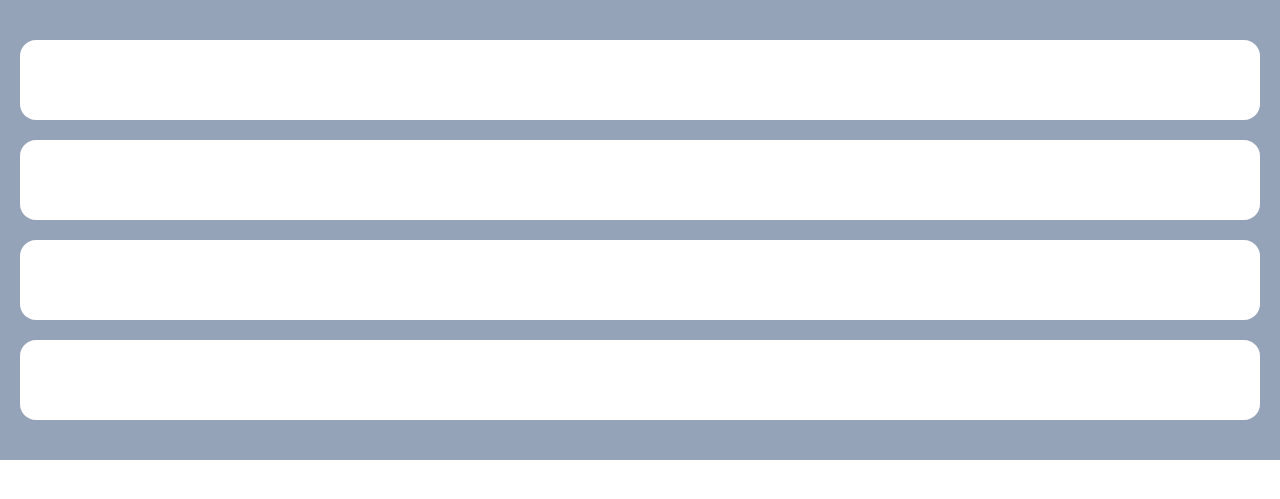
Repository: pjk0007/nextjs-carrot-marcket
Page: /
An editor plug-in stored every save of this project. The page is shown before and after the next save, followed by the edit.
The browser window is 1280 px wide. The pictures show the whole page.
The project was rebuilt for these pictures with package versions that can differ from the ones it lists, and the page was loaded fresh each time. The framework's server and built-in components were replaced by stand-ins that run in the browser. Also part of the build but not shown: next.config.js.

Above is the page before, as saved 2022-04-30 12:54:30.

After the next save:
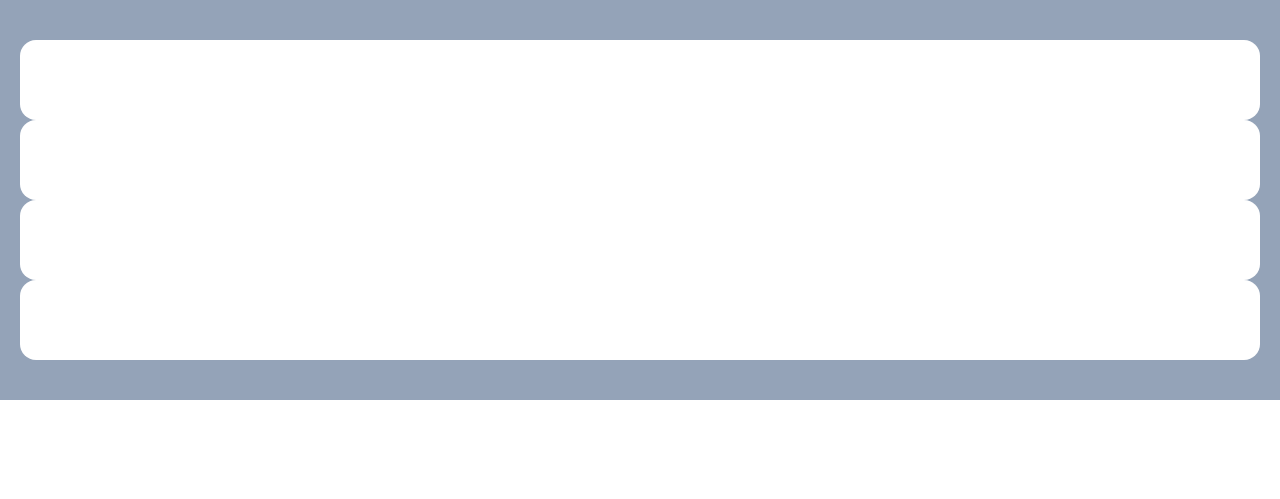
Saved 35 s later.
--- a/pages/index.tsx
+++ b/pages/index.tsx
@@ -1,7 +1,7 @@
 import type { NextPage } from 'next'
 const Home: NextPage = () => {
   return (
-    <div className='bg-slate-400 py-10 px-5 flex flex-col space-y-5'>
+    <div className='bg-slate-400 py-10 px-5 fgrid gap-10'>
       <div className='bg-white p-10 rounded-2xl'></div>
       <div className='bg-white p-10 rounded-2xl'></div>
       <div className='bg-white p-10 rounded-2xl'></div>
